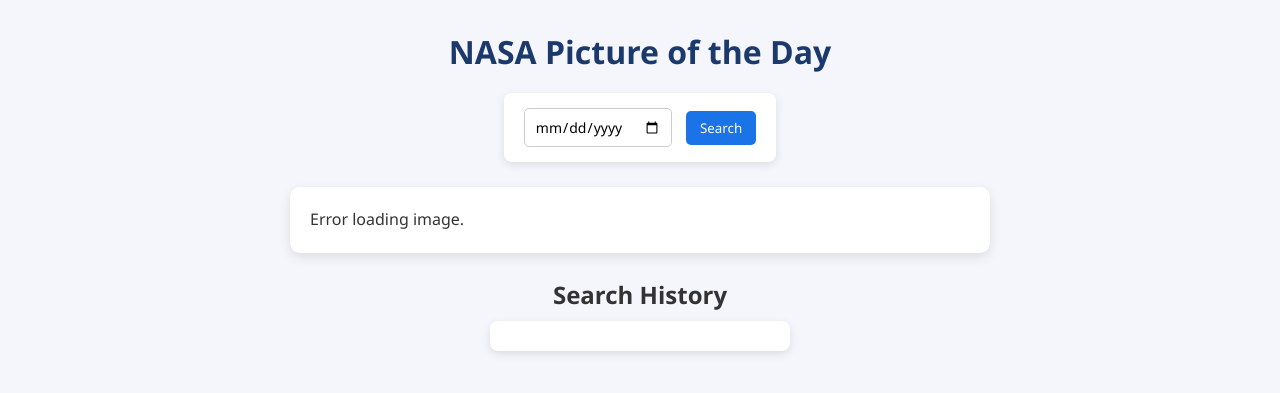
Repository: Lokesh-0987/Module-Test
Page: index.html
An editor plug-in stored every save of this project. The page is shown before and after the next save, followed by the edit.
The browser window is 1280 px wide. The pictures show the whole page.
The page's requests for data from a server got no answer.

Above is the page before, as saved 2026-03-05 23:58:02.

After the next save:
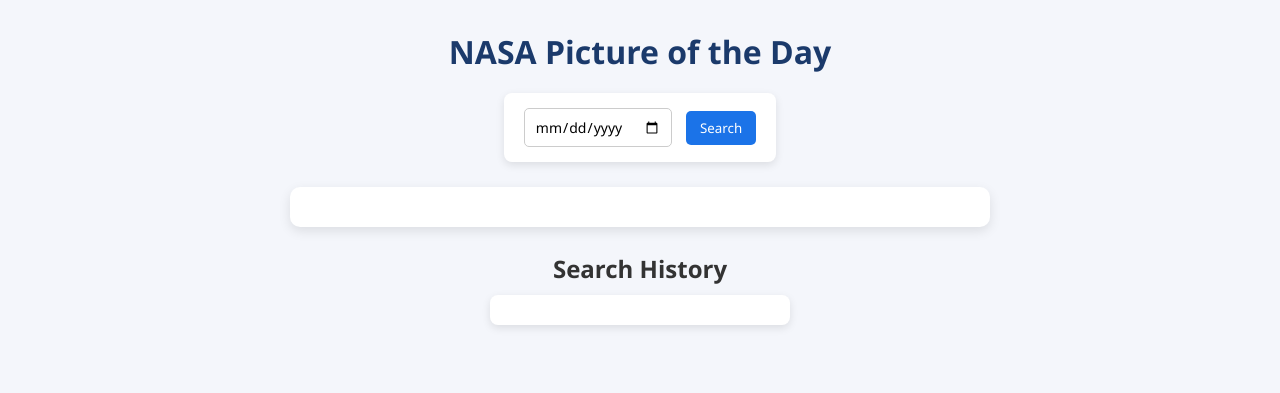
Console error: ReferenceError: NASA_API_KEY is not defined
Saved 19 min 40 s later.
--- a/index.html
+++ b/index.html
@@ -18,7 +18,6 @@
 		<h2>Search History</h2>
 		<ul id="search-history"></ul>
 
-		<script src="config.js"></script>
 		<script src="script.js"></script>
 	</body>
 </html>
